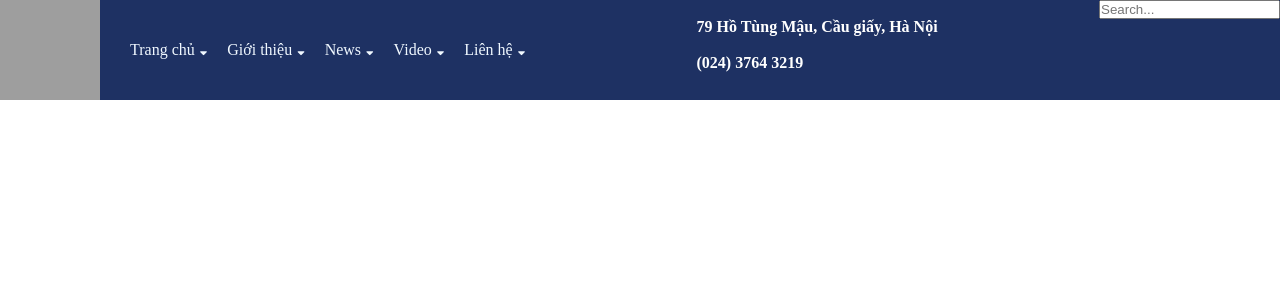
Repository: Luong-tung/newtopics
Page: index2.html
The author's editor kept a copy of each file at every save. The page is drawn from the files as they stood at one save, then again after the next save.
The browser window is 1280 px wide. The pictures show the whole page.
Pictures or frames that could not be fetched are drawn as grey boxes. Some web libraries are served in a nearby version.

Above is the page before, as saved 2021-10-07 18:14:46.

### index2.html
<!DOCTYPE html>
<html lang="en">
<head>
    <meta charset="UTF-8">
    <meta http-equiv="X-UA-Compatible" content="IE=edge">
    <meta name="viewport" content="width=device-width, initial-scale=1.0">
    <title>trang web thương mai điện tử</title>
    <link rel="stylesheet" href="iu2.css">
    <link rel="stylesheet" href="https://pro.fontawesome.com/releases/v5.10.0/css/all.css" integrity="sha384-AYmEC3Yw5cVb3ZcuHtOA93w35dYTsvhLPVnYs9eStHfGJvOvKxVfELGroGkvsg+p" crossorigin="anonymous"/>
    <link rel="stylesheet" href="grid.css">

</head>
<body>
    <div class="header">
        <div class="logo">
            <img src="https://scontent.fhan3-5.fna.fbcdn.net/v/t1.15752-9/243148085_229171089102243_5702030057696055665_n.png?_nc_cat=109&ccb=1-5&_nc_sid=ae9488&_nc_ohc=MFQrVL-E3ZUAX81UgOR&_nc_ht=scontent.fhan3-5.fna&oh=bf2530340138a8a1eb55384dd7d37a9e&oe=6184EB79" alt="">


            <ul>
                <li><a href="#"></a>Trang chủ<i class="fas fa-sort-down"></i></li>
                <li><a href="#"></a>Giới thiệu<i class="fas fa-sort-down"></i></li>
                <li><a href="#"></a>News<i class="fas fa-sort-down"></i></li>
                <li><a href="#"></a>Video<i class="fas fa-sort-down"></i></li>
                <li><a href="#"></a>Liên hệ<i class="fas fa-sort-down"></i></li>
            </ul>
        </div>
        <div class="address">
            <p>79 Hồ Tùng Mậu, Cầu giấy, Hà Nội</p>
            <P>(024) 3764 3219</P>
        </div>
        <div class="search">
            <form>
                <input type="text" name="Search" placeholder="Search...">
            </form>
        </div>









    </div>
    <script src="./main2.js"></script>
</body>
</html>

### iu2.css
*{
    padding: 0;
    margin: 0;

}
.header{
    width: 100%;
    height: 100px;
    background:#1E3163;
    display: flex;
    justify-content: space-between;

}
.header .logo img{
    width: 100px;
    height: 100px;

}
.header .logo{
    display: flex;
}
.header .logo ul{
    color: aliceblue;
    margin-left: 20px;
    display: flex;
    align-items: center;
    justify-content: space-between;
}
.header .logo ul li{
    list-style: none;
    cursor: pointer;
    margin: 0px 5px;
    padding:5px;

}
.header .logo ul li i{
    font-size: 12px;
    margin-left: 5px;
}
.header .logo ul li:hover{
    background:#fff;
    color:#2D46B9;

}
.header .address p{
    margin-top: 18px;
    color: #fff;
    font-weight: 600;
}

Loaded but not shown: grid.css (no stored copy; drawn as an empty file); main2.js (no stored copy; drawn as an empty file)

After the next save:
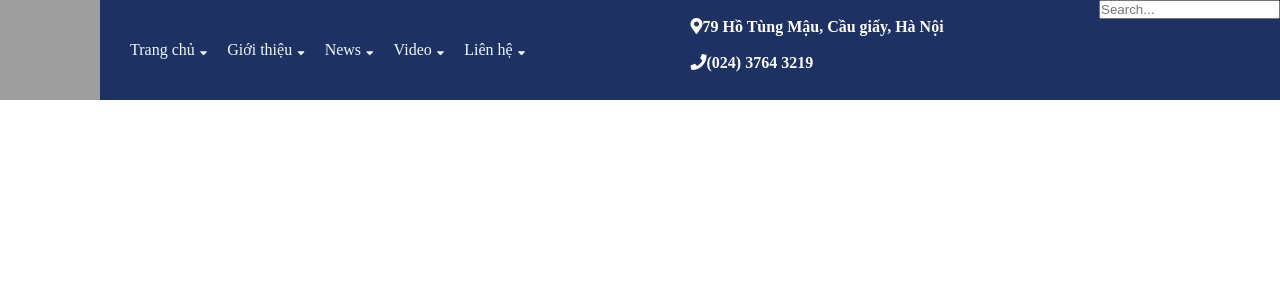
Saved 2 min 14 s later.
--- a/index2.html
+++ b/index2.html
@@ -25,8 +25,8 @@
             </ul>
         </div>
         <div class="address">
-            <p>79 Hồ Tùng Mậu, Cầu giấy, Hà Nội</p>
-            <P>(024) 3764 3219</P>
+            <p><i class="fas fa-map-marker-alt"></i>79 Hồ Tùng Mậu, Cầu giấy, Hà Nội</p>
+            <P><i class="fas fa-phone"></i>(024) 3764 3219</P>
         </div>
         <div class="search">
             <form>
